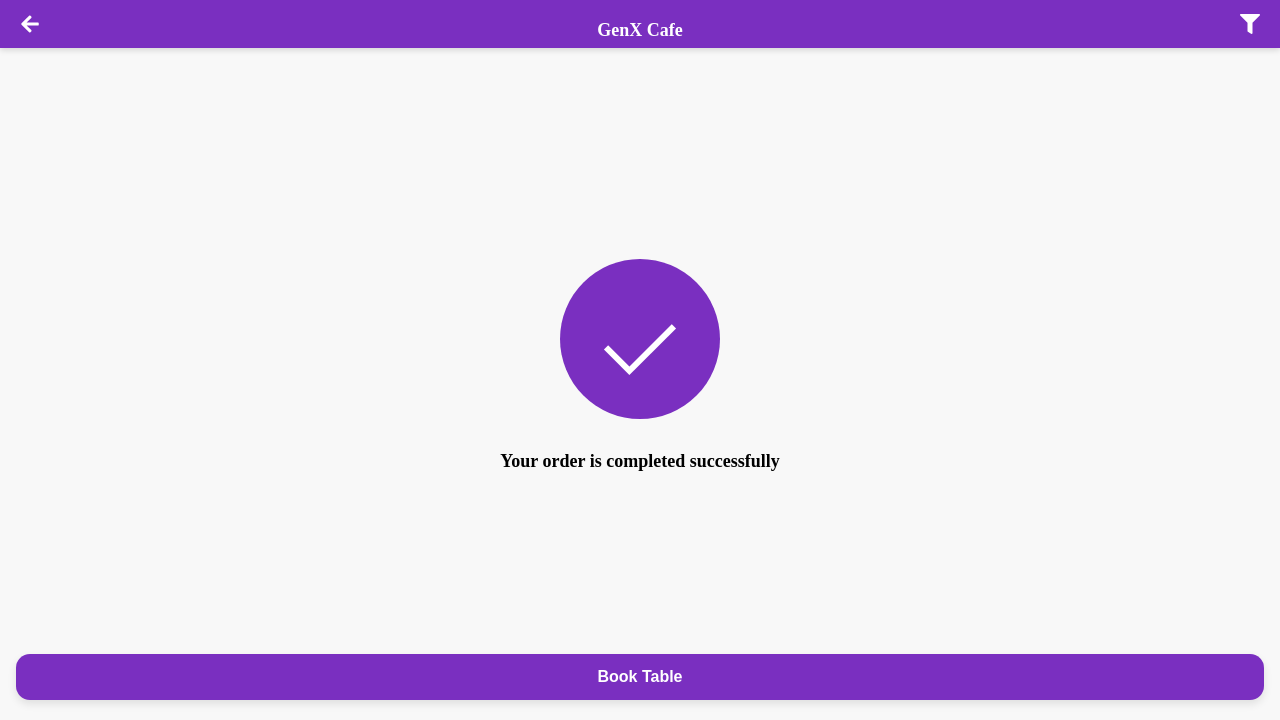
Repository: rajeshwaranslv/sturdy-spork-genx-frontend
Page: /success
The author's editor kept a copy of each file at every save. The page is drawn from the files as they stood at one save, then again after the next save.
The browser window is 1280 px wide. The pictures show the whole page.
The project was rebuilt for these pictures with package versions that can differ from the ones it lists, and the page was loaded fresh each time. Also part of the build but not shown: src/components/TableSelection.js, src/components/menu.css, src/components/MenuSelection.js, src/components/order.css, src/components/OrderReview.js, src/components/Billing.js.

Above is the page before, as saved 2025-07-16 17:17:52.

### src/App.js
import React from 'react';
import { BrowserRouter as Router, Route, Switch } from 'react-router-dom';
import TableSelection from './components/TableSelection';
import MenuSelection from './components/MenuSelection';
import OrderReview from './components/OrderReview';
import Billing from './components/Billing';
import Success from './components/Success';

export default function App() {
  return (
    <Router>
      <Switch>
        <Route exact path="/" component={TableSelection} />
        <Route path="/menu/:tableId" component={MenuSelection} />
   <Route path="/orders/:orderId" component={OrderReview} />

        <Route path="/billing/:orderId" component={Billing} />
        <Route path="/success" component={Success} />
      </Switch>
    </Router>
  );
}

### src/components/Success.js
import React, { useEffect } from 'react';
import { withRouter } from 'react-router-dom';
import { updateTableStatus } from '../services/api';
import { FaArrowLeft, FaFilter } from 'react-icons/fa';
import './success.css';

function Success({ history, location }) {
  const tableId = location.state?.tableId;

  useEffect(() => {
    if (tableId) {
      updateTableStatus(tableId, { status: 'available' })
        .then(() => console.log(`Table ${tableId} marked available ✅`))
        .catch(err => console.error('Failed to update table status:', err));
    }
  }, [tableId]);

  return (
    <div className="success-page">
      {/* ✅ Fixed Header */}
      <div className="header-bar">
        <FaArrowLeft className="icon" onClick={() => history.push('/')} />
        <h2 className="header-h2">GenX Cafe</h2>
        <FaFilter className="icon" />
      </div>

      {/* ✅ Main Body */}
      <main className="success-body">
        <div className="checkmark-circle">
          <div className="checkmark" />
        </div>
        <h2>Your order is completed successfully</h2>
      </main>

      {/* ✅ Fixed Footer Button */}
      <button className="footer-btn" onClick={() => history.push('/')}>
        Book Table
      </button>
    </div>
  );
}

export default withRouter(Success);

### src/services/api.js
import axios from 'axios';

const API = axios.create({
  baseURL: 'http://localhost:3001/',
});

export const getTables = () => API.get('/tables');
export const getTableDetails = (id) => API.get(`/tables/${id}`);
export const getFoodItems = () => API.get('/foodItems');

export const placeOrder = (data) => API.post('/orders', data);
export const updateOrderItemStatus = (id, payload) => API.patch(`/orders/${id}`, payload);
export const getOrder = (id) => API.get(`/orders/${id}`);
export const generateBill = (data) => API.post('/bills', data);

// ✅ NEW: Update table status
export const updateTableStatus = (id, payload) => API.patch(`/tables/${id}`, payload);

### src/components/style.css

*{
  margin: 0;
  padding: 0;
}
.container-fluid {
  position: relative;
  background-color: #7a2fc0;
  /* min-height: 100vh; */
  font-family: 'Segoe UI', sans-serif;
  overflow-x: hidden;
}

/* Header */
.header-bar {
  display: flex;
  justify-content: space-between;
  align-items: center;
  padding: 16px;
  color: white;
  background: #7a2fc0;
  position: sticky;
  top: 0;
  z-index: 10;
}

.header-bar h2 {
  margin: 0;
  font-size: 20px;
}

.icon {
  font-size: 18px;
  cursor: pointer;
}

/* Floating Waiter Card */
.waiter-card {
  position: absolute;
  top: 80px;
  left: 50%;
  transform: translateX(-50%);
  z-index: 20;
  background: white;
  border-radius: 16px;
  box-shadow: 0 6px 12px rgba(0, 0, 0, 0.15);
  padding: 14px 20px;
  width: 90%;
  max-width: 360px;
  display: flex;
  justify-content: space-between;
  align-items: center;
}

.waiter-name {
  color: #7a2fc0;
  font-weight: bold;
}

.waiter-role {
  font-size: 12px;
  color: #777;
}

.floor-label {
  font-weight: bold;
  font-size: 14px;
}

.orders-count {
  font-size: 12px;
  color: #777;
}

.order-red {
  color: red;
  font-weight: bold;
}

/* Main White Rounded Table Section */
.table-section {
  background: white;
  margin-top: 140px; /* space for card to float */
  border-top-left-radius: 24px;
  border-top-right-radius: 24px;
  padding: 90px 16px 24px;
  position: relative;
  z-index: 1;
}

/* Legend */
.legend-row {
  display: flex;
  justify-content: center;
  gap: 24px;
  font-size: 14px;
  margin-bottom: 20px;
  flex-wrap: wrap;
}

.legend-item {
  display: flex;
  align-items: center;
  gap: 6px;
}

.legend-dot {
  width: 10px;
  height: 10px;
  border-radius: 50%;
  display: inline-block;
}

.legend-dot.green {
  background-color: green;
}
.legend-dot.purple {
  background-color: purple;
}
.legend-dot.red {
  background-color: red;
}

/* Table Grid */
.table-grid {
  display: grid;
  grid-template-columns: repeat(auto-fit, minmax(110px, 1fr));
  gap: 14px;
  margin-bottom: 16px;
}

/* Table Buttons */
.table-btn {
  padding: 14px 0;
  border-radius: 14px;
  font-size: 16px;
  font-weight: bold;
  border: 2px solid transparent;
  cursor: pointer;
  text-align: center;
  transition: all 0.2s ease-in-out;
}

.table-btn.available {
  color: green;
  border: 2px solid green;
  background-color: white;
}
.table-btn.available:hover {
  background-color: #f0fff0;
}

.table-btn.selected {
  background-color: #7a2fc0;
  color: white;
  border: 2px solid #7a2fc0;
}

.table-btn.occupied {
  background-color: red;
  color: white;
  cursor: not-allowed;
}

/* Select Button */
.select-btn {
  width: 100%;
  padding: 14px;
  border-radius: 14px;
  background-color: #7a2fc0;
  color: white;
  font-size: 16px;
  font-weight: bold;
  border: none;
  cursor: pointer;
  box-shadow: 0 3px 8px rgba(0, 0, 0, 0.1);
}

.select-btn:disabled {
  opacity: 0.5;
  cursor: not-allowed;
}

.select-btn:hover {
  background-color: #6926b2;
}

/* Responsive */
@media (max-width: 480px) {
  .waiter-card {
    flex-direction: column;
    align-items: flex-start;
    padding: 16px;
    gap: 8px;
  }

  .legend-row {
    gap: 10px;
    font-size: 12px;
  }

  .table-btn {
    font-size: 14px;
    padding: 12px 0;
  }
}
/* Floating Waiter Card */
.waiter-card {
  position: absolute;
  top: 80px;
  left: 50%;
  transform: translateX(-50%);
  z-index: 20;
  background: white;
  border-radius: 16px;
  box-shadow: 0 6px 12px rgba(0, 0, 0, 0.15);
  padding: 14px 20px;
  width: 92%;
  max-width: 380px;
  display: flex;
  justify-content: space-between;
  align-items: center;
  transition: all 0.3s ease-in-out;
}

.waiter-name {
  color: #7a2fc0;
  font-weight: bold;
  font-size: 16px;
}

.waiter-role {
  font-size: 13px;
  color: #777;
}

.floor-label {
  font-weight: bold;
  font-size: 14px;
}

.orders-count {
  font-size: 13px;
  color: #777;
}

.order-red {
  color: red;
  font-weight: bold;
}

/* 💻 Tablet and Desktop View - Wider and Bigger Card */
@media (min-width: 768px) {
  .waiter-card {
    max-width: 640px;
    padding: 20px 32px;
  }

  .waiter-name {
    font-size: 20px;
  }

  .waiter-role,
  .orders-count,
  .floor-label {
    font-size: 16px;
  }
}

/* 🖥️ Larger Screens */
@media (min-width: 1024px) {
  .waiter-card {
    max-width: 800px;
    padding: 24px 40px;
  }

  .waiter-name {
    font-size: 22px;
  }

  .waiter-role,
  .orders-count,
  .floor-label {
    font-size: 18px;
  }
}

### src/components/billing.css
/* Base Container */
.container-fluid {
  position: relative;
  background-color: #7a2fc0;
  min-height: 100vh;
  font-family: 'Segoe UI', sans-serif;
  overflow-x: hidden;
}

/* Header */
.header-bar {
  display: flex;
  justify-content: space-between;
  align-items: center;
  padding: 16px;
  color: white;
  background: #7a2fc0;
  position: sticky;
  top: 0;
  z-index: 10;
}

.header-bar h2 {
  margin: 0;
  font-size: 20px;
}

.icon {
  font-size: 18px;
  cursor: pointer;
}

/* Waiter Card */
.waiter-card {
  position: absolute;
  top: 80px;
  left: 50%;
  transform: translateX(-50%);
  z-index: 20;
  background: white;
  border-radius: 16px;
  box-shadow: 0 6px 12px rgba(0, 0, 0, 0.15);
  padding: 14px 20px;
  width: 92%;
  max-width: 380px;
  display: flex;
  justify-content: space-between;
  align-items: center;
}

.waiter-name {
  color: #7a2fc0;
  font-weight: bold;
}

.waiter-role {
  font-size: 13px;
  color: #777;
}

.floor-label {
  font-weight: bold;
  font-size: 14px;
}

.orders-count {
  font-size: 13px;
  color: #777;
}

.order-red {
  color: red;
  font-weight: bold;
}

/* Rounded Section */
.table-section {
  background: white;
  margin-top: 140px;
  border-top-left-radius: 24px;
  border-top-right-radius: 24px;
  padding: 90px 16px 24px;
  position: relative;
  z-index: 1;
}

/* Order List */
.order-list {
  list-style: none;
  padding: 0;
  margin: 0;
}

.item-row {
  display: flex;
  justify-content: space-between;
  margin-bottom: 12px;
  border-bottom: 1px solid #ddd;
  padding-bottom: 10px;
}

.item-info p {
  margin: 4px 0 0;
  color: #666;
}

.qty-controls {
  display: flex;
  align-items: center;
  gap: 8px;
}

/* Quantity Buttons */
.qty-btn {
  background-color: #7a2fc0;
  color: white;
  border: none;
  border-radius: 6px;
  padding: 4px 10px;
  font-size: 16px;
  font-weight: bold;
  cursor: pointer;
  transition: background-color 0.2s ease;
}

.qty-btn:hover {
  background-color: #6926b2;
}

/* Summary */
.invoice-summary {
  margin-top: 24px;
  font-size: 16px;
  background: #f9f9f9;
  padding: 16px;
  border-radius: 12px;
  box-shadow: 0 -2px 6px rgba(0, 0, 0, 0.05);
}

/* Button */
.select-btn {
  width: 100%;
  padding: 14px;
  border-radius: 14px;
  background-color: #7a2fc0;
  color: white;
  font-size: 16px;
  font-weight: bold;
  border: none;
  cursor: pointer;
  margin-top: 20px;
  box-shadow: 0 3px 8px rgba(0, 0, 0, 0.1);
}

.select-btn:hover {
  background-color: #6926b2;
}

### src/components/success.css
.success-page {
  min-height: 100vh;
  display: flex;
  flex-direction: column;
  padding-top: 70px; /* space for header */
  padding-bottom: 100px; /* space for footer button */
  align-items: center;
  justify-content: center;
  background-color: #f8f8f8;
  position: relative;
  text-align: center;
  box-sizing: border-box;
}

/* ✅ Header Bar */
.header-bar {
  position: fixed;
  top: 0;
  left: 0;
  right: 0;
  background: #7a2fc0;
  color: white;
  display: flex;
  justify-content: space-between;
  align-items: center;
  padding: 14px 20px;
  z-index: 1000;
  box-shadow: 0 2px 6px rgba(0, 0, 0, 0.15);
}

.header-bar h2 {
  position: absolute;
  left: 50%;
  transform: translateX(-50%);
  margin: 0;
  font-size: 20px;
  color: white !important;
}

.icon {
  color: white;
  font-size: 20px;
  cursor: pointer;
  z-index: 10;
}

/* ✅ Main Content */
.success-body {
  flex: 1;
  display: flex;
  flex-direction: column;
  justify-content: center;
  align-items: center;
}

/* ✅ Checkmark Animation */
.checkmark-circle {
  width: 160px;
  height: 160px;
  background-color: #7a2fc0;
  border-radius: 50%;
  display: flex;
  align-items: center;
  justify-content: center;
  margin: 40px auto 20px;
  animation: popCircle 0.5s ease-out;
}

.checkmark {
  width: 30px;
  height: 60px;
  border-right: 6px solid white;
  border-bottom: 6px solid white;
  transform: rotate(45deg) scale(0);
  animation: drawCheck 0.4s 0.3s ease forwards;
}

@keyframes popCircle {
  0% {
    transform: scale(0.7);
    opacity: 0;
  }
  100% {
    transform: scale(1);
    opacity: 1;
  }
}

@keyframes drawCheck {
  to {
    transform: rotate(45deg) scale(1);
  }
}

/* ✅ Message */
.success-page h2 {
  font-size: 18px;
  margin-top: 12px;
  color: #000000;
}

/* ✅ Footer Button */
.footer-btn {
  position: fixed;
  bottom: 20px;
  left: 16px;
  right: 16px;
  padding: 14px;
  font-size: 16px;
  font-weight: bold;
  background-color: #7a2fc0;
  color: white;
  border: none;
  border-radius: 14px;
  cursor: pointer;
  box-shadow: 0 4px 8px rgba(0, 0, 0, 0.1);
}

Loaded but not shown: public/index.html (common file); src/index.js (common file)

After the next save:
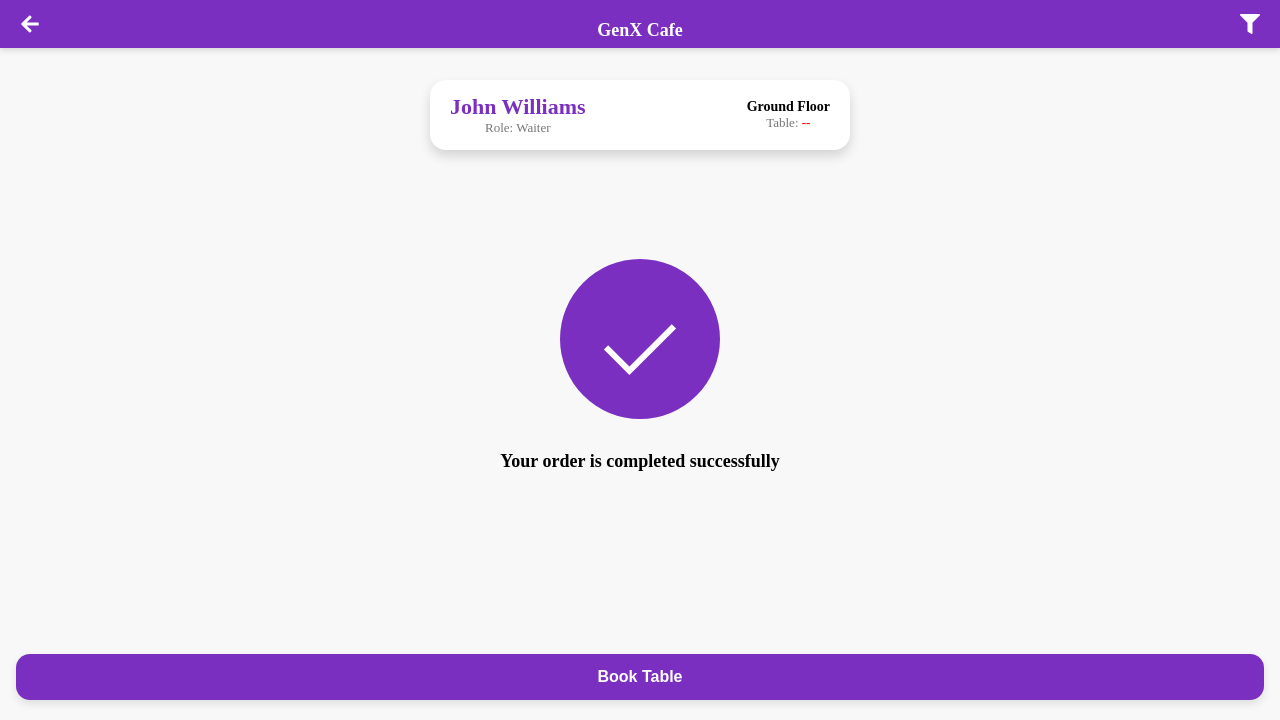
Saved 89 s later.
--- a/src/components/Success.js
+++ b/src/components/Success.js
@@ -10,21 +10,42 @@ function Success({ history, location }) {
   useEffect(() => {
     if (tableId) {
       updateTableStatus(tableId, { status: 'available' })
-        .then(() => console.log(`Table ${tableId} marked available ✅`))
-        .catch(err => console.error('Failed to update table status:', err));
+        .then(() => console.log(`✅ Table ${tableId} marked available`))
+        .catch(err => console.error('❌ Failed to update table status:', err));
     }
   }, [tableId]);
 
+  const waiter = {
+    name: 'John Williams',
+    role: 'Waiter',
+    floor: 'Ground Floor',
+    tableId: tableId ?? '--',
+  };
+
   return (
     <div className="success-page">
-      {/* ✅ Fixed Header */}
+      {/* ✅ Header */}
       <div className="header-bar">
         <FaArrowLeft className="icon" onClick={() => history.push('/')} />
-        <h2 className="header-h2">GenX Cafe</h2>
+        <h2>GenX Cafe</h2>
         <FaFilter className="icon" />
       </div>
 
-      {/* ✅ Main Body */}
+      {/* ✅ Waiter Card */}
+      <div className="waiter-card">
+        <div className="waiter-left">
+          <strong className="waiter-name">{waiter.name}</strong>
+          <div className="waiter-role">Role: {waiter.role}</div>
+        </div>
+        <div className="waiter-right">
+          <div className="floor-label">{waiter.floor}</div>
+          <div className="orders-count">
+            Table: <span className="order-red">{waiter.tableId}</span>
+          </div>
+        </div>
+      </div>
+
+      {/* ✅ Main Success Body */}
       <main className="success-body">
         <div className="checkmark-circle">
           <div className="checkmark" />
@@ -32,7 +53,7 @@ function Success({ history, location }) {
         <h2>Your order is completed successfully</h2>
       </main>
 
-      {/* ✅ Fixed Footer Button */}
+      {/* ✅ Footer Button */}
       <button className="footer-btn" onClick={() => history.push('/')}>
         Book Table
       </button>
